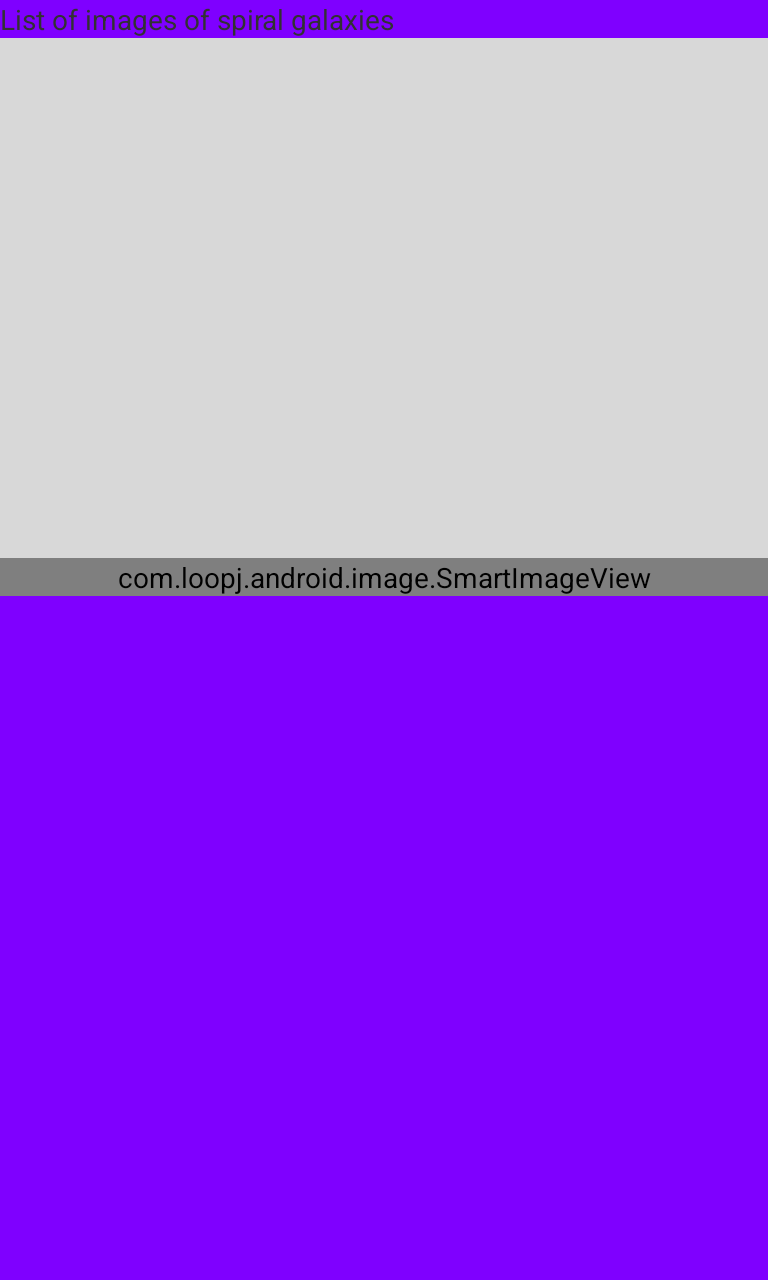
Repository: arianaantonio/Java2_Antonio
Layout: SpaceImageViewer/res/layout/activity_main.xml
The author's editor kept a copy of each file at every save. The layout is drawn from the files as they stood at one save, then again after the next save.
Pictures or frames that could not be fetched are drawn as grey boxes. It is drawn on a 768 x 1280 px phone screen (xhdpi) without system bars, with theme AppTheme; the app's code is not run. Lists and similar views that code fills are empty.

Above is the layout before, as saved 2014-07-10 08:45:30.

### SpaceImageViewer/res/layout/activity_main.xml
<LinearLayout xmlns:android="http://schemas.android.com/apk/res/android"
    android:layout_width="fill_parent"
    android:layout_height="fill_parent"
    android:orientation="vertical"
    android:background="@color/Purple" >

    <TextView
        android:id="@+id/textView1"
        android:layout_width="match_parent"
        android:layout_height="wrap_content"
        android:text="@string/textview_text" />

    <ListView
        android:id="@+id/listView1"
        android:layout_width="match_parent"
        android:layout_height="260dp"
        android:background="@color/Grey" />
    <com.loopj.android.image.SmartImageView
    android:id="@+id/my_image"
    android:layout_width="match_parent"
    android:layout_height="wrap_content"
    android:visibility="visible" />


</LinearLayout>

### SpaceImageViewer/res/values/strings.xml
<?xml version="1.0" encoding="utf-8"?>
<resources>

    <string name="app_name">Space Image Viewer</string>
    <string name="action_settings">Settings</string>
    <string name="textview_text">List of images of spiral galaxies</string>
    <string name="detail_view">Details:</string>
    <string name="Description">Image View</string>
    <color name="Purple">#7F00FF</color>
    <color name="Grey">#D8D8D8</color>
    <color name="Aqua">#99FFFF</color>


</resources>

Loaded but not shown: SpaceImageViewer/res/values/styles.xml (common file); SpaceImageViewer/res/values-v11/styles.xml (common file); SpaceImageViewer/res/values-v14/styles.xml (common file)

After the next save:
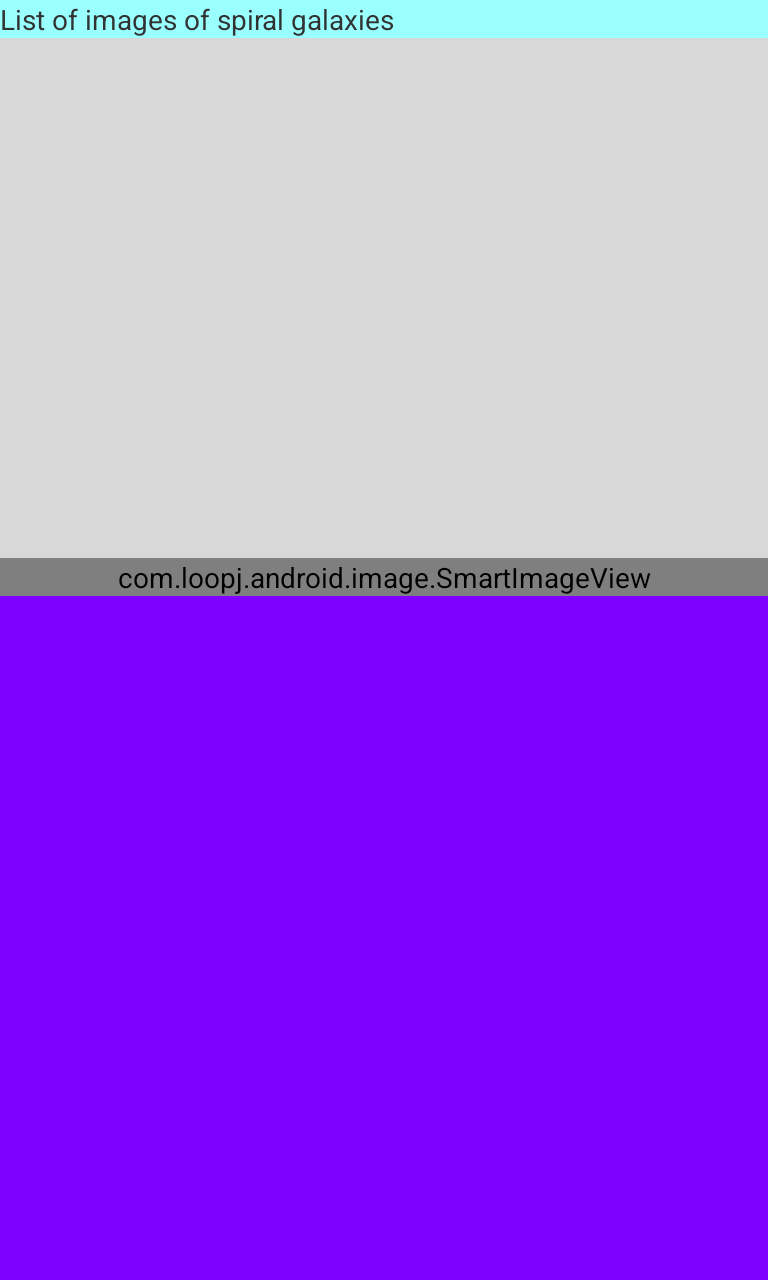
Saved 53 s later.
--- a/SpaceImageViewer/res/layout/activity_main.xml
+++ b/SpaceImageViewer/res/layout/activity_main.xml
@@ -8,7 +8,8 @@
         android:id="@+id/textView1"
         android:layout_width="match_parent"
         android:layout_height="wrap_content"
-        android:text="@string/textview_text" />
+        android:text="@string/textview_text"
+        android:background="@color/Aqua" />
 
     <ListView
         android:id="@+id/listView1"
